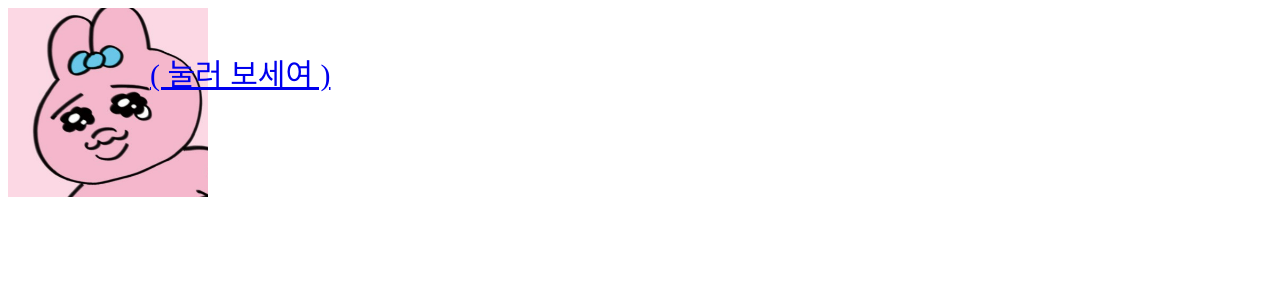
Repository: hyejux/jsp
Page: JSPBasic/src/main/webapp/html/hi.html
These files come from the project's save history. The page is drawn as it stood at one moment and after the next save; the edit follows.
The browser window is 1280 px wide. The pictures show the whole page.

Above is the page before, as saved 2024-06-24 08:27:31.

### JSPBasic/src/main/webapp/html/hi.html
<!DOCTYPE html>
<html>
<head>
<meta charset="UTF-8">
<title>Insert title here</title>
<style>
div {
 font-size : 30px;
 position : absolute;
 top : 50px;
 left : 150px}
</style>
</head>
<body>
	<img src="img/pan.jpg" width="200" heigth="200" />
	<div> <a href="hello1.html">  ( 눌러 보세여 )</a> </div>


</body>
</html>

After the next save:
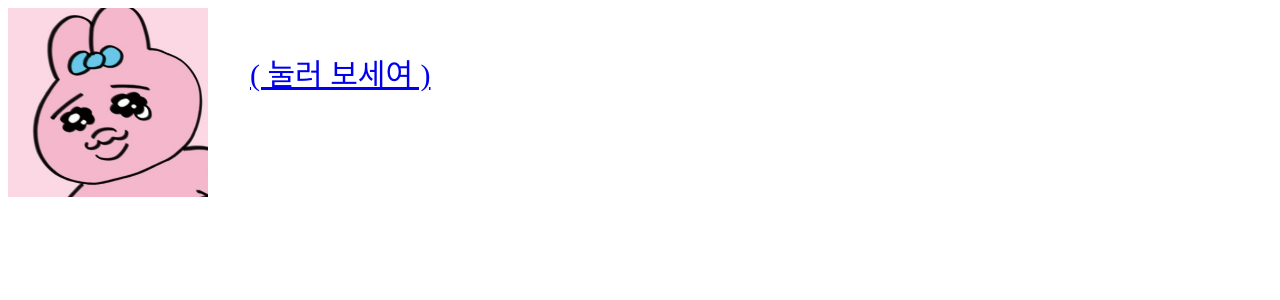
Saved 7 s later.
--- a/JSPBasic/src/main/webapp/html/hi.html
+++ b/JSPBasic/src/main/webapp/html/hi.html
@@ -8,7 +8,7 @@
  font-size : 30px;
  position : absolute;
  top : 50px;
- left : 150px}
+ left : 250px}
 </style>
 </head>
 <body>
